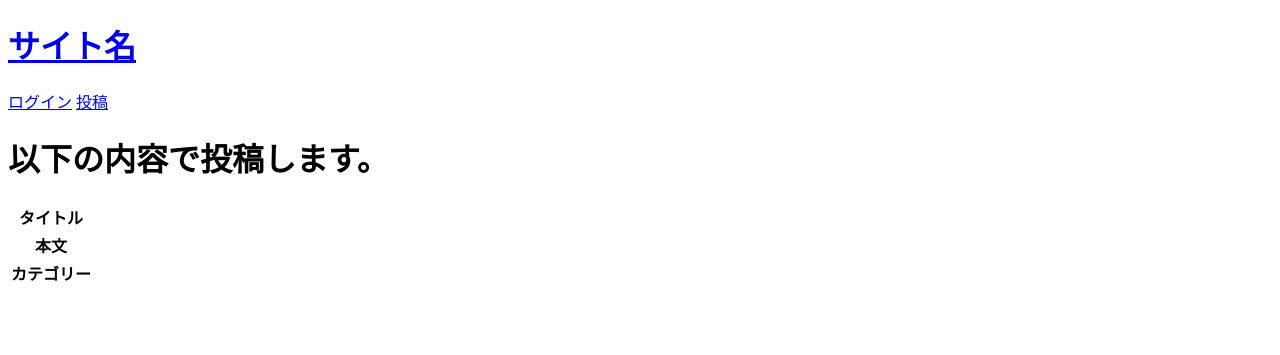
Repository: Take-01/frinob
Page: http://localhost/tktest/postConfirm.jsp
An editor plug-in stored every save of this project. The page is shown before and after the next save, followed by the edit.
The browser window is 1280 px wide. The pictures show the whole page.
The page is served by Tomcat 9. Other server files are loaded and not shown.

Above is the page before, as saved 2019-05-29 04:12:25.

### tktest/WebContent/postConfirm.jsp
<%@ page language="java" contentType="text/html; charset=UTF-8"
    pageEncoding="UTF-8"%>
<%@ taglib prefix="s" uri="/struts-tags" %>

<!DOCTYPE html>
<html>
<head>
	<meta charset="UTF-8">
	<title>投稿確認</title>
</head>

<body>
	<jsp:include page="header.jsp"/>

	<div id="main">
		<h1>以下の内容で投稿します。</h1>
		<table>
			<tr>
				<th>タイトル</th>
				<td><s:property value="#session.title"/></td>
			</tr>
			<tr>
				<th>本文</th>
				<td><s:property value="#session.body"/></td>
			</tr>
			<tr>
				<th>カテゴリー</th>
				<td><s:property value="#session.categoryName"/></td>
			</tr>
		</table>
	</div>
</body>
</html>

### tktest/WebContent/header.jsp
<%@ page language="java" contentType="text/html; charset=UTF-8"
    pageEncoding="UTF-8"%>
<%@ taglib prefix="s" uri="/struts-tags" %>

<header>
	<h1><a href='<s:url action="HomeAction"/>'>サイト名</a></h1>
	<s:if test='#session.containsKey("loggedIn") && #session.get("loggedIn").equals(1)'>
		<a href='<s:url action="MyPageAction"/>'>マイページ</a>
		<a href='<s:url action="LogoutAction"/>' id="logout">ログアウト</a>
	</s:if>
	<s:else>
		<a href='<s:url action="GoLoginAction"/>'>ログイン</a>
	</s:else>
		<a href='<s:url action="PostAction"/>'>投稿</a>
</header>

After the next save:
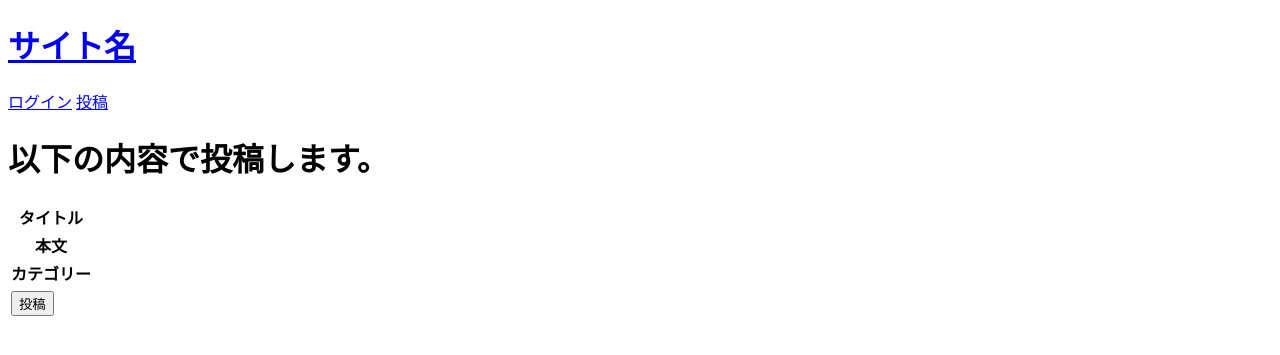
Saved 2 min 26 s later.
--- a/tktest/WebContent/postConfirm.jsp
+++ b/tktest/WebContent/postConfirm.jsp
@@ -28,6 +28,11 @@
 				<td><s:property value="#session.categoryName"/></td>
 			</tr>
 		</table>
+
+		<s:form action="PostCompleteAction" method="post">
+			<s:hidden name="userId" value="%{#session.userId}"/>
+			<s:submit value="投稿"/>
+		</s:form>
 	</div>
 </body>
 </html>
